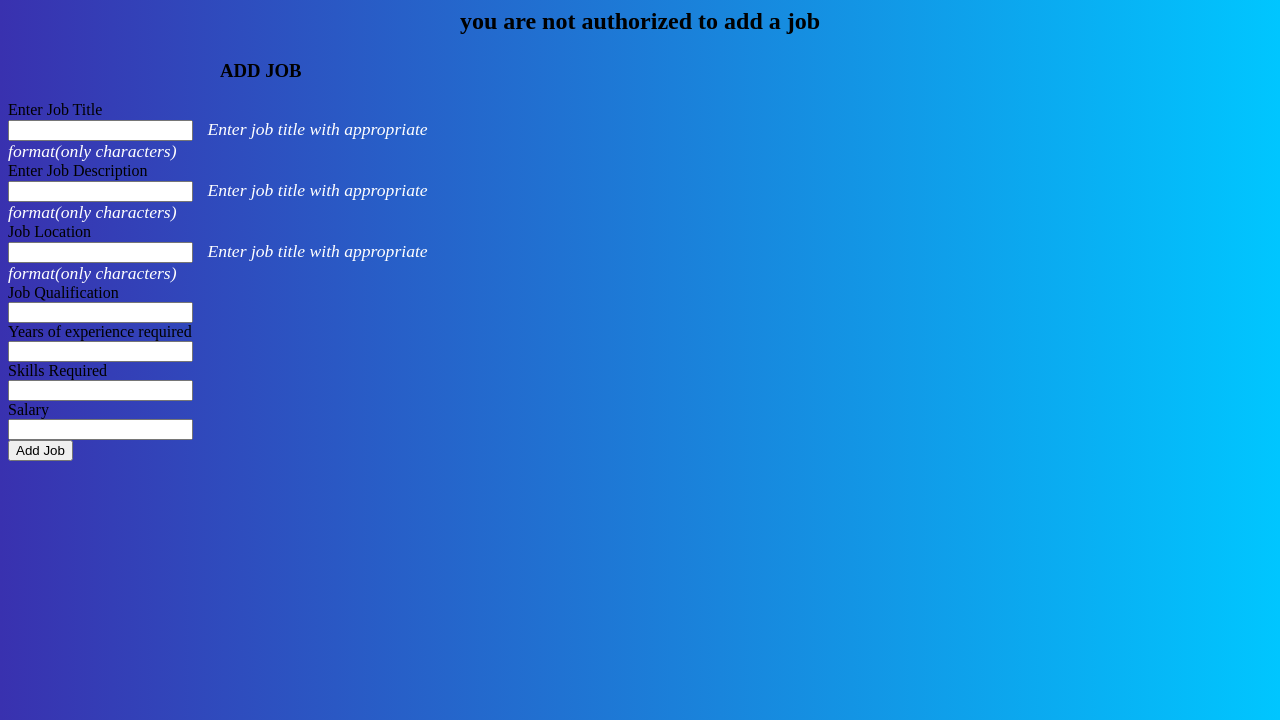
Repository: devlogan/collproject
Page: CollFrontend/WebContent/jobs/JobForm.html
An editor plug-in stored every save of this project. The page is shown before and after the next save, followed by the edit.
The browser window is 1280 px wide. The pictures show the whole page.

Above is the page before, as saved 2019-05-01 17:52:08.

### CollFrontend/WebContent/jobs/JobForm.html
<style>
body {
	background: -webkit-linear-gradient(left, #3931af, #00c6ff);
}

i.fa-close {
	margin-left: 10px;
	font-size: 1.1rem;
	position: relative;
	color: white;
	display: inline;
}
</style>
<div ng-show="currentUser.role!='Admin'">

	<h2 align="center">you are not authorized to add a job</h2>
</div>
<div ng-show="currentUser.role=='Admin'" class="container"
	style="width: 40%">

	<h3 align=center style="margin-top: 5%">ADD JOB</h3>
	<form name="jobForm" novalidate>
		<div class="form-group">
			<label for="jobTitle">Enter Job Title</label>
			<div class="">
				<input type="text" name="title" class="form-control"
					ng-model="job.jobTitle" ng-required="true" ng-pattern="/^[A-Z]+$/i"
					ng-minlength="3" ng-maxlength="21"><i
					ng-show="jobForm.title.$invalid && jobForm.title.$touched || jobForm.title.$error.pattern && jobForm.title.$touched"
					class="fa fa-close"> Enter job title with appropriate
					format(only characters)</i>
			</div>

		</div>
		<div class="form-group">
			<label for="description">Enter Job Description</label>
			<div class="col-50">
				<input type="text" name="description" class="form-control"
					ng-model="job.jobDescription" ng-required="true"
					ng-pattern="/^[A-Z]+$/i" ng-minlength="3" ng-maxlength="21"><i
					ng-show="jobForm.description.$invalid && jobForm.description.$touched || jobForm.description.$error.pattern && jobForm.description.$touched"
					class="fa fa-close"> Enter job title with appropriate
					format(only characters)</i>
			</div>
		</div>
		<div class="form-group">
			<label for="location">Job Location</label>
			<div class="col-50">
				<input type="text" name="location" class="form-control"
					ng-model="job.location" ng-required="true" ng-pattern="/^[A-Z]+$/i"
					ng-minlength="3" ng-maxlength="21"><i
					ng-show="jobForm.location.$invalid && jobForm.location.$touched || jobForm.location.$error.pattern && jobForm.location.$touched"
					class="fa fa-close"> Enter job title with appropriate
					format(only characters)</i>
			</div>
		</div>
		<div class="form-group">
			<label for="email">Job Qualification</label>
			<div class="col-50">
				<input type="text" name="qualification" class="form-control"
					ng-model="job.qualifaction" ng-required="true"
					ng-pattern="/^[A-Z]+$/i" ng-minlength="3" ng-maxlength="21">
			</div>
		</div>
		<div class="form-group">
			<label for="email">Years of experience required</label>
			<div class="col-50">
				<input type="text" name="experience" class="form-control"
					ng-model="job.yrsOfExp" ng-required="true">
			</div>
		</div>
		<div class="form-group">
			<label for="email">Skills Required</label>
			<div class="col-50">
				<input type="text" name="skills" class="form-control"
					ng-model="job.skillsRequired ng-required="true"">
			</div>
		</div>
		<div class="form-group">
			<label for="email">Salary</label>
			<div class="col-50">
				<input type="text" name="salary" class="form-control"
					ng-model="job.salary" ng-required="true">
			</div>
		</div>


		<button type="submit" ng-click="addJob()" class="btn btn-success">Add
			Job</button>
	</form>
</div>

After the next save:
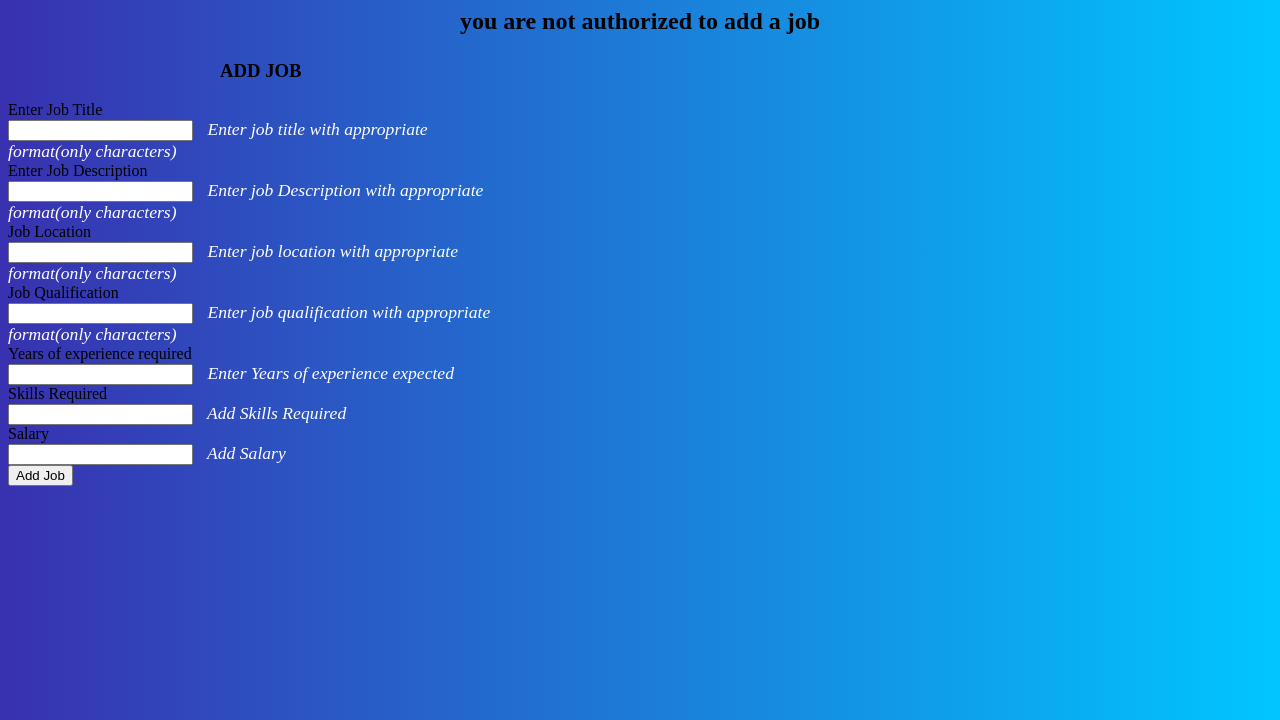
Saved 4 min 3 s later.
--- a/CollFrontend/WebContent/jobs/JobForm.html
+++ b/CollFrontend/WebContent/jobs/JobForm.html
@@ -39,7 +39,7 @@ i.fa-close {
 					ng-model="job.jobDescription" ng-required="true"
 					ng-pattern="/^[A-Z]+$/i" ng-minlength="3" ng-maxlength="21"><i
 					ng-show="jobForm.description.$invalid && jobForm.description.$touched || jobForm.description.$error.pattern && jobForm.description.$touched"
-					class="fa fa-close"> Enter job title with appropriate
+					class="fa fa-close"> Enter job Description with appropriate
 					format(only characters)</i>
 			</div>
 		</div>
@@ -50,7 +50,7 @@ i.fa-close {
 					ng-model="job.location" ng-required="true" ng-pattern="/^[A-Z]+$/i"
 					ng-minlength="3" ng-maxlength="21"><i
 					ng-show="jobForm.location.$invalid && jobForm.location.$touched || jobForm.location.$error.pattern && jobForm.location.$touched"
-					class="fa fa-close"> Enter job title with appropriate
+					class="fa fa-close"> Enter job location with appropriate
 					format(only characters)</i>
 			</div>
 		</div>
@@ -59,28 +59,37 @@ i.fa-close {
 			<div class="col-50">
 				<input type="text" name="qualification" class="form-control"
 					ng-model="job.qualifaction" ng-required="true"
-					ng-pattern="/^[A-Z]+$/i" ng-minlength="3" ng-maxlength="21">
+					ng-pattern="/^[A-Z]+$/i" ng-minlength="3" ng-maxlength="21"><i
+					ng-show="jobForm.qualification.$invalid && jobForm.qualification.$touched || jobForm.qualification.$error.pattern && jobForm.qualification.$touched"
+					class="fa fa-close"> Enter job qualification with appropriate
+					format(only characters)</i>
 			</div>
 		</div>
 		<div class="form-group">
 			<label for="email">Years of experience required</label>
 			<div class="col-50">
 				<input type="text" name="experience" class="form-control"
-					ng-model="job.yrsOfExp" ng-required="true">
+					ng-model="job.yrsOfExp" ng-required="true"><i
+					ng-show="jobForm.experience.$invalid && jobForm.experience.$touched || jobForm.experience.$error.pattern && jobForm.experience.$touched"
+					class="fa fa-close"> Enter Years of experience expected</i>
 			</div>
 		</div>
 		<div class="form-group">
 			<label for="email">Skills Required</label>
 			<div class="col-50">
 				<input type="text" name="skills" class="form-control"
-					ng-model="job.skillsRequired ng-required="true"">
+					ng-model="job.skillsRequired" ng-required="true"><i
+					ng-show="jobForm.skills.$invalid && jobForm.skills.$touched || jobForm.skills.$error.pattern && jobForm.skills.$touched"
+					class="fa fa-close"> Add Skills Required</i>
 			</div>
 		</div>
 		<div class="form-group">
 			<label for="email">Salary</label>
 			<div class="col-50">
 				<input type="text" name="salary" class="form-control"
-					ng-model="job.salary" ng-required="true">
+					ng-model="job.salary" ng-required="true"><i
+					ng-show="jobForm.salary.$invalid && jobForm.salary.$touched || jobForm.salary.$error.pattern && jobForm.salary.$touched"
+					class="fa fa-close"> Add Salary</i>
 			</div>
 		</div>
 
